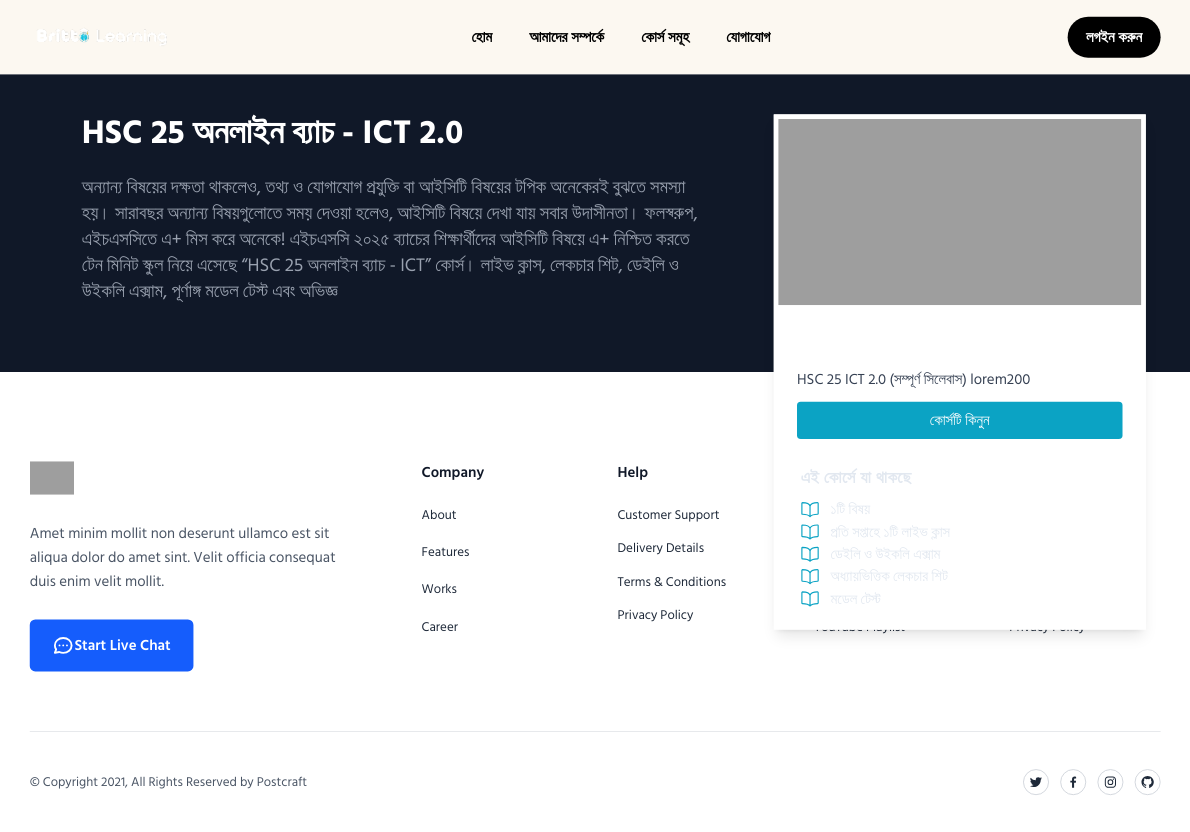
Repository: Ruddro420/course-selling
Page: /single-course
These files come from the project's save history. The page is drawn as it stood at one moment and after the next save; the edit follows.
The browser window is 1280 px wide. The pictures show the whole page, at 93% of full size.
Pictures or frames that could not be fetched are drawn as grey boxes. The project was rebuilt for these pictures with package versions that can differ from the ones it lists, and the page was loaded fresh each time. Also part of the build but not shown: vite.config.js, src/components/AboutSection.jsx, src/components/ContactSection.jsx, src/components/CourseSection.jsx, src/components/Hero.jsx, src/components/TeamSection.jsx, src/components/WhyUsSection.jsx, src/pages/Home.jsx and 2 more.

Above is the page before, as saved 2025-02-06 03:52:35.

After the next save:
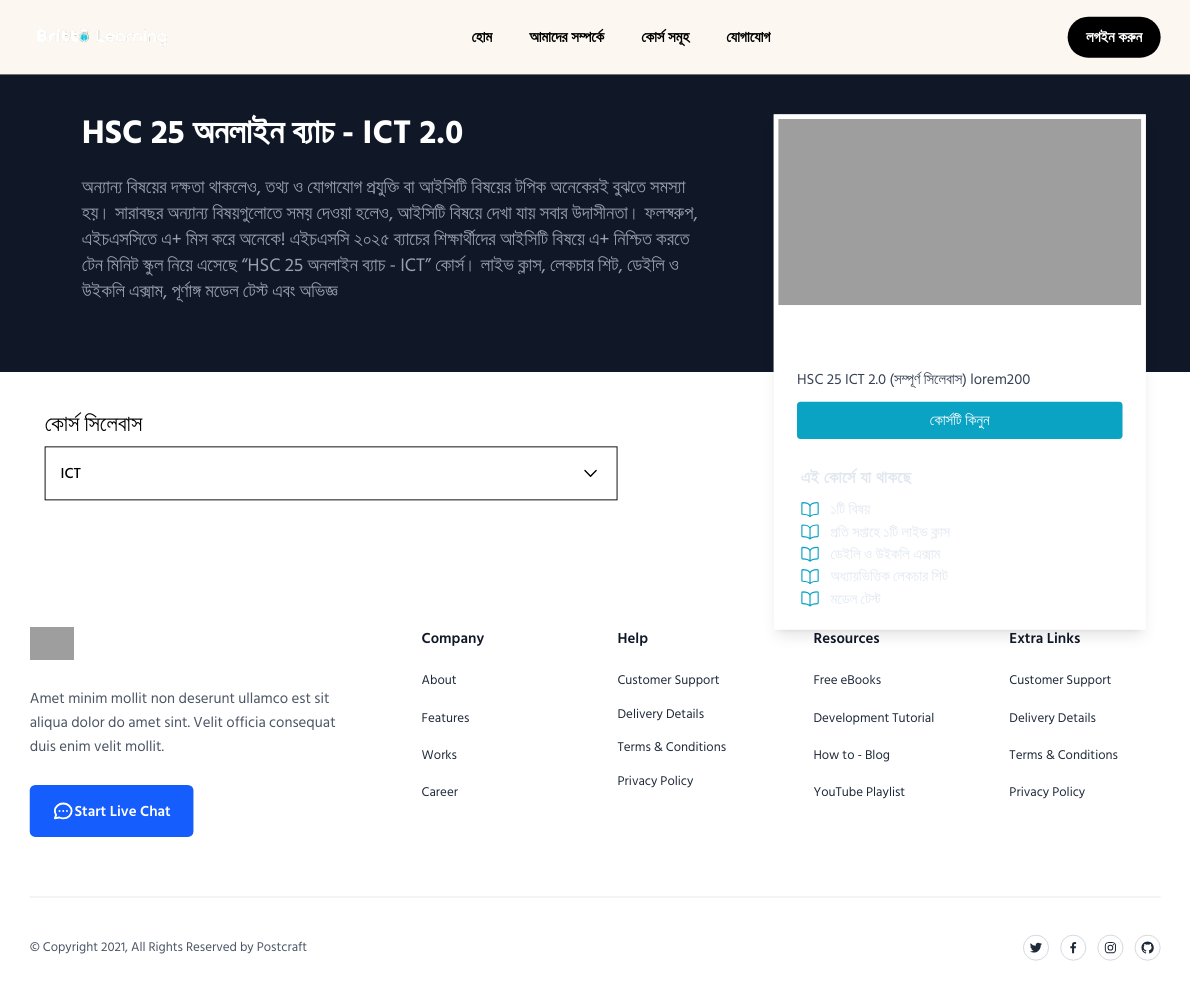
Saved 14 s later.
--- a/src/pages/CoursePage.jsx
+++ b/src/pages/CoursePage.jsx
@@ -1,10 +1,12 @@
 
 import CourseHero from '../components/courseComponent/CourseHero';
+import CourseSylabus from '../components/courseComponent/CourseSylabus';
 
 const CoursePage = () => {
   return (
     <>
       <CourseHero />
+      <CourseSylabus/>
     </>
   );
 };
